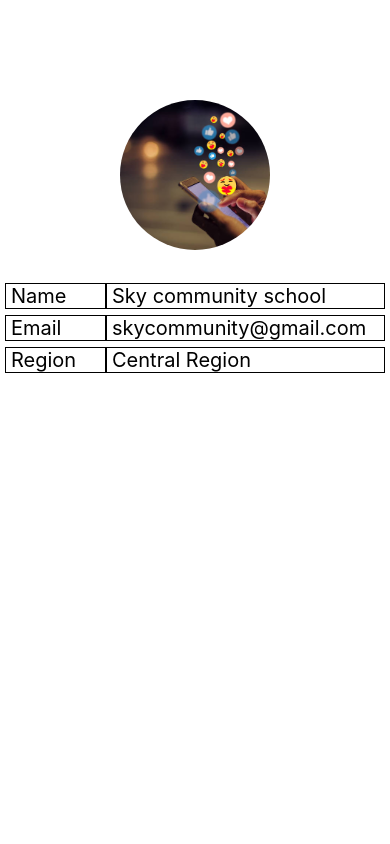
Repository: 2000-Nanayaw/MobileApp
Screen: /
An editor plug-in stored every save of this project. The screen is shown before and after the next save, followed by the edit.
The app was drawn by React Native's web renderer in a window 390 px wide. The project was rebuilt for these pictures with package versions that can differ from the ones it lists, and the page was loaded fresh each time.

Above is the screen before, as saved 2023-08-29 10:07:53.

### App.js
import { StatusBar } from "expo-status-bar";
import { Button, Text, View, StyleSheet,Image } from "react-native";

function jsar() {
  return (
    <View style= {styles.container}>
      <Image source={require("./assets/profile.jpg")} style={styles.image}/>
      <View style={styles.detailContainer}>
        <Text style={styles.label}>Name</Text>
        <Text style= {[styles.label,styles.info]}>Sky community school</Text>
      </View>
      <View style={styles.detailContainer}>
        <Text style={styles.label}>Email</Text>
        <Text style= {[styles.label,styles.info]}>skycommunity@gmail.com</Text>
      </View>
      <View style={styles.detailContainer}>
        <Text style={styles.label}>Region</Text>
        <Text style= {[styles.label,styles.info]}>Central Region</Text>
      </View>
    </View>
  );
}
const styles = StyleSheet.create({
container: {
  flex: 1,
  marginHorizontal: 5,
},
image: {
  height: 150,
  width: 150,
  borderRadius: 75,
  marginBottom: 30,
  alignSelf: "center",
  marginTop: 100,
},
detailContainer: {
  flexDirection: "row",
  marginVertical: 3,

},
label:{
  borderColor: "black",
  borderWidth: 1,
  fontSize: 20,
  flex: 2.5,
  paddingHorizontal: 5,
},
info:{
  flex: 7.5,
}
});
export default jsar;

After the next save:
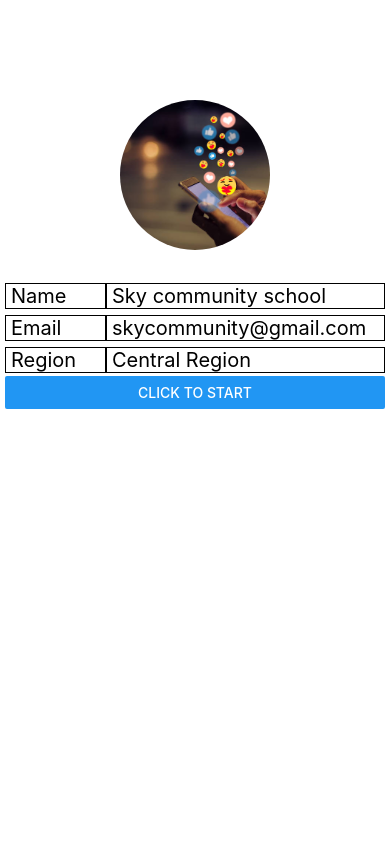
Saved 33 s later.
--- a/App.js
+++ b/App.js
@@ -17,7 +17,10 @@
         <Text style={styles.label}>Region</Text>
         <Text style= {[styles.label,styles.info]}>Central Region</Text>
       </View>
-    </View>
+      <View>
+        <Button title="CLIck to start"/>
+      </View>
+            </View>
   );
 }
 const styles = StyleSheet.create({

After the save that followed:
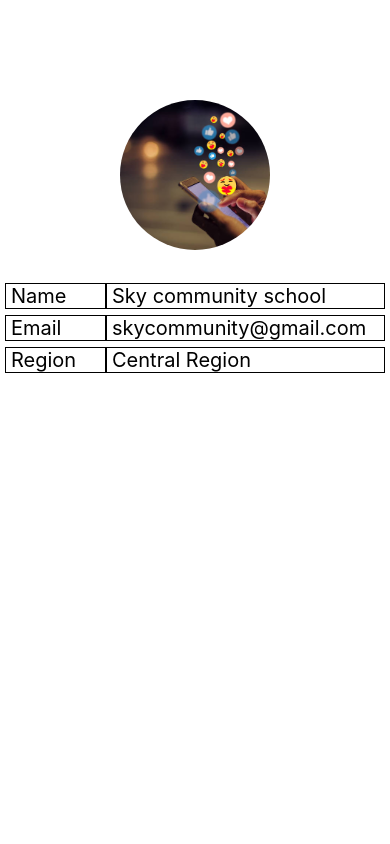
Saved 31 s later.
--- a/App.js
+++ b/App.js
@@ -1,55 +1,51 @@
 import { StatusBar } from "expo-status-bar";
-import { Button, Text, View, StyleSheet,Image } from "react-native";
+import { Button, Text, View, StyleSheet, Image } from "react-native";
 
 function jsar() {
   return (
-    <View style= {styles.container}>
-      <Image source={require("./assets/profile.jpg")} style={styles.image}/>
+    <View style={styles.container}>
+      <Image source={require("./assets/profile.jpg")} style={styles.image} />
       <View style={styles.detailContainer}>
         <Text style={styles.label}>Name</Text>
-        <Text style= {[styles.label,styles.info]}>Sky community school</Text>
+        <Text style={[styles.label, styles.info]}>Sky community school</Text>
       </View>
       <View style={styles.detailContainer}>
         <Text style={styles.label}>Email</Text>
-        <Text style= {[styles.label,styles.info]}>skycommunity@gmail.com</Text>
+        <Text style={[styles.label, styles.info]}>skycommunity@gmail.com</Text>
       </View>
       <View style={styles.detailContainer}>
         <Text style={styles.label}>Region</Text>
-        <Text style= {[styles.label,styles.info]}>Central Region</Text>
+        <Text style={[styles.label, styles.info]}>Central Region</Text>
       </View>
-      <View>
-        <Button title="CLIck to start"/>
-      </View>
-            </View>
+    </View>
   );
 }
 const styles = StyleSheet.create({
-container: {
-  flex: 1,
-  marginHorizontal: 5,
-},
-image: {
-  height: 150,
-  width: 150,
-  borderRadius: 75,
-  marginBottom: 30,
-  alignSelf: "center",
-  marginTop: 100,
-},
-detailContainer: {
-  flexDirection: "row",
-  marginVertical: 3,
-
-},
-label:{
-  borderColor: "black",
-  borderWidth: 1,
-  fontSize: 20,
-  flex: 2.5,
-  paddingHorizontal: 5,
-},
-info:{
-  flex: 7.5,
-}
+  container: {
+    flex: 1,
+    marginHorizontal: 5,
+  },
+  image: {
+    height: 150,
+    width: 150,
+    borderRadius: 75,
+    marginBottom: 30,
+    alignSelf: "center",
+    marginTop: 100,
+  },
+  detailContainer: {
+    flexDirection: "row",
+    marginVertical: 3,
+  },
+  label: {
+    borderColor: "black",
+    borderWidth: 1,
+    fontSize: 20,
+    flex: 2.5,
+    paddingHorizontal: 5,
+  },
+  info: {
+    flex: 7.5,
+  },
 });
 export default jsar;
